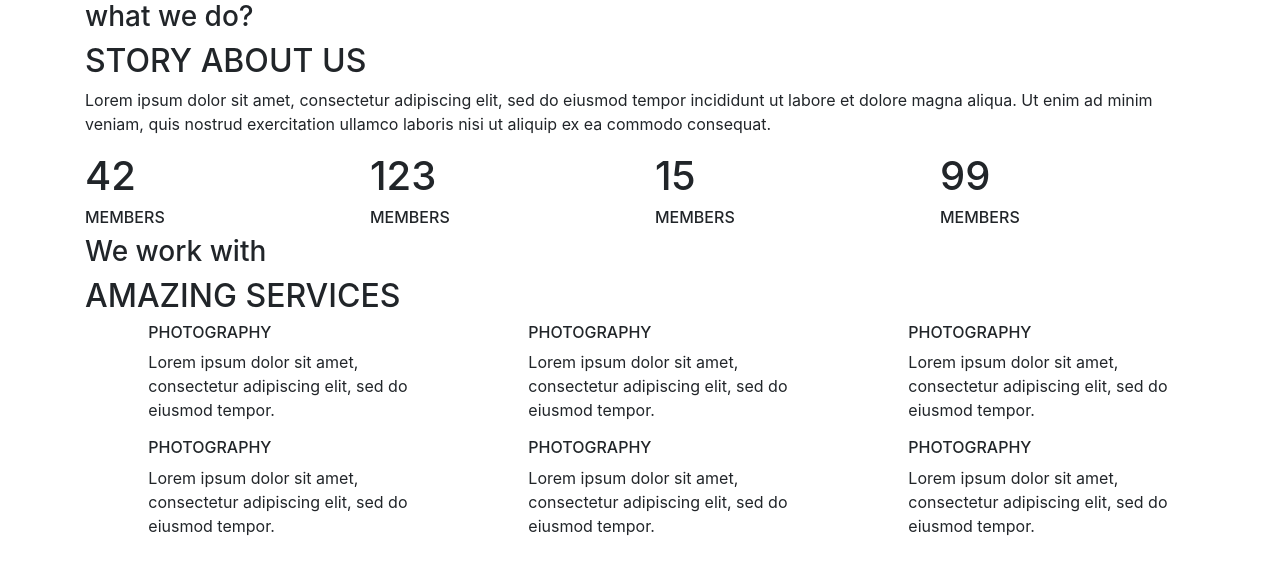
Repository: nourabdelhakam/MoGo-template
Page: index.html
These files come from the project's save history. The page is drawn as it stood at one moment and after the next save; the edit follows.
The browser window is 1280 px wide. The pictures show the whole page.
Some web libraries are served in a nearby version. The style sheet was rebuilt from its Sass, Less or Tailwind sources for each picture, by a compiler version that may differ from the author's.

Above is the page before, as saved 2021-02-21 19:15:03.

After the next save:
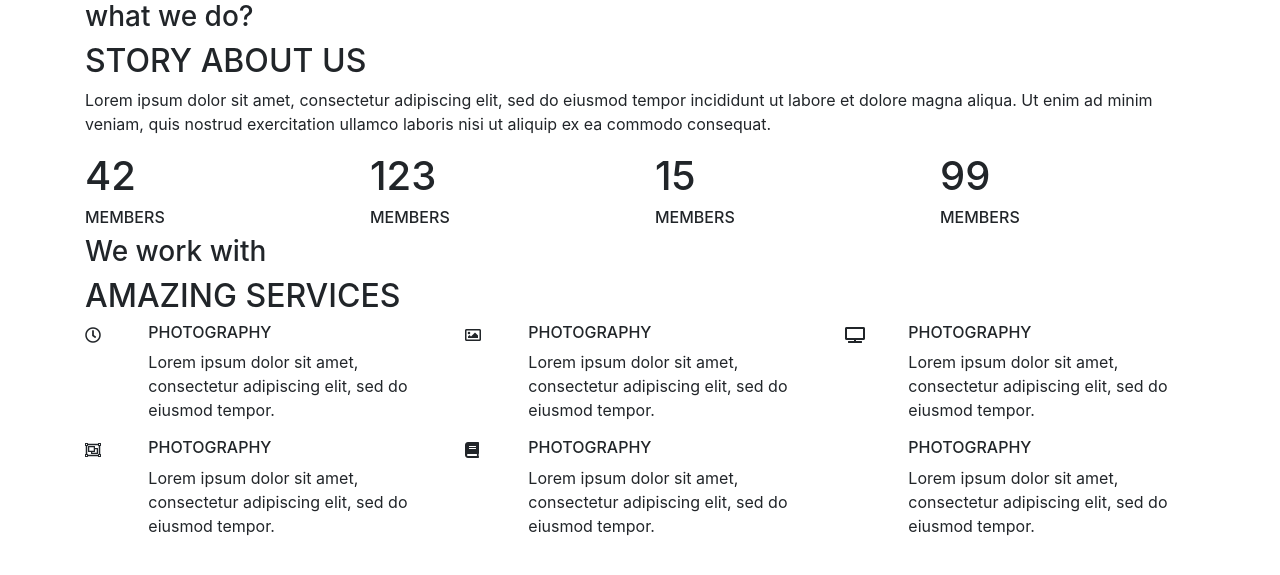
Saved 8 min 19 s later.
--- a/index.html
+++ b/index.html
@@ -54,7 +54,7 @@
 
                 <div class="col-xl-4 col-md-4 col-sm-12 col-xs-12">
                     <div class="row">
-                        <div class="col-2"></div>
+                        <div class="col-2"><i class="far fa-clock"></i></div>
                         <div class="col-10">
                             <h6>PHOTOGRAPHY</h6>
                             <p>Lorem ipsum dolor sit amet, consectetur adipiscing elit, sed do eiusmod tempor.</p>
@@ -64,7 +64,7 @@
 
                 <div class="col-xl-4 col-md-4 col-sm-12 col-xs-12">
                     <div class="row">
-                        <div class="col-2"></div>
+                        <div class="col-2"><i class="far fa-image"></i></div>
                         <div class="col-10">
                             <h6>PHOTOGRAPHY</h6>
                             <p>Lorem ipsum dolor sit amet, consectetur adipiscing elit, sed do eiusmod tempor.</p>
@@ -74,7 +74,7 @@
 
                 <div class="col-xl-4 col-md-4 col-sm-12 col-xs-12">
                     <div class="row">
-                        <div class="col-2"></div>
+                        <div class="col-2"><i class="fas fa-tv"></i></div>
                         <div class="col-10">
                             <h6>PHOTOGRAPHY</h6>
                             <p>Lorem ipsum dolor sit amet, consectetur adipiscing elit, sed do eiusmod tempor.</p>
@@ -84,7 +84,7 @@
 
                 <div class="col-xl-4 col-md-4 col-sm-12 col-xs-12">
                     <div class="row">
-                        <div class="col-2"></div>
+                        <div class="col-2"><i class="far fa-object-group"></i></div>
                         <div class="col-10">
                             <h6>PHOTOGRAPHY</h6>
                             <p>Lorem ipsum dolor sit amet, consectetur adipiscing elit, sed do eiusmod tempor.</p>
@@ -94,7 +94,7 @@
 
                 <div class="col-xl-4 col-md-4 col-sm-12 col-xs-12">
                     <div class="row">
-                        <div class="col-2"></div>
+                        <div class="col-2"><i class="fas fa-book"></i></div>
                         <div class="col-10">
                             <h6>PHOTOGRAPHY</h6>
                             <p>Lorem ipsum dolor sit amet, consectetur adipiscing elit, sed do eiusmod tempor.</p>
